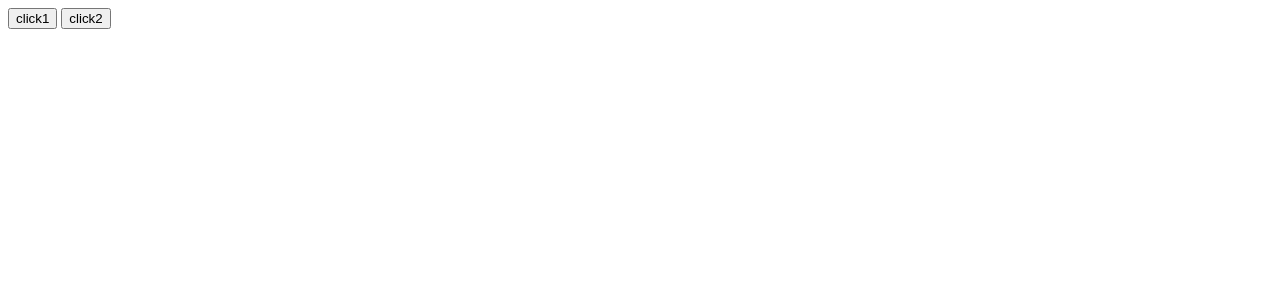
Repository: Jeong43/WebStudy
Page: JsonApp/WebContent/JsonTest04.html
An editor plug-in stored every save of this project. The page is shown before and after the next save, followed by the edit.
The browser window is 1280 px wide. The pictures show the whole page.

Above is the page before, as saved 2021-12-09 00:25:56.

After the next save:
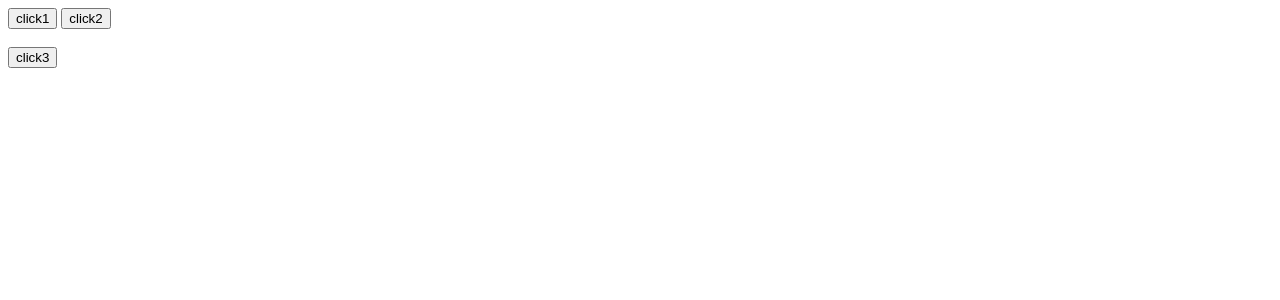
Saved 2 min 59 s later.
--- a/JsonApp/WebContent/JsonTest04.html
+++ b/JsonApp/WebContent/JsonTest04.html
@@ -23,6 +23,11 @@
 	<!-- 실행 X -->
 
 	<input type="button" value="click2" onclick="alert(myJsonObject4.test)" />
+	<!-- 문자열 형태로 띄워짐 → 기능 X -->
+
+	<br /><br />
+
+	<input type="button" value="click3" onclick="alert(myJsonObject4.test())" />
 
 </body>
 </html>
